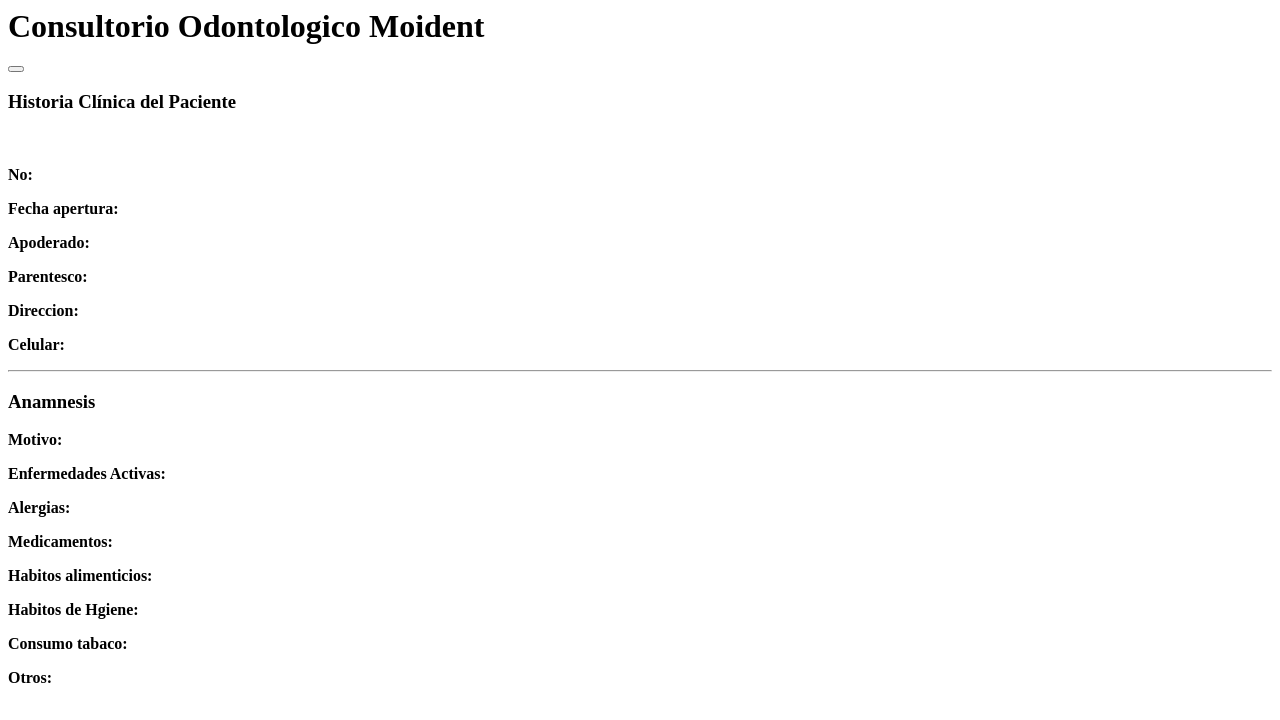
Repository: javix2/Consultorio_Dental
Page: resources/views/historialclinico/ver.blade.php
An editor plug-in stored every save of this project. The page is shown before and after the next save, followed by the edit.
The browser window is 1280 px wide. The pictures show the whole page.
The page is served by the project's Laravel application, run on PHP 8.4 with Laravel 10. The template is opened directly, without the code that normally fills it, so the values that code supplies are empty.

Above is the page before, as saved 2024-10-14 18:03:55.

After the next save:
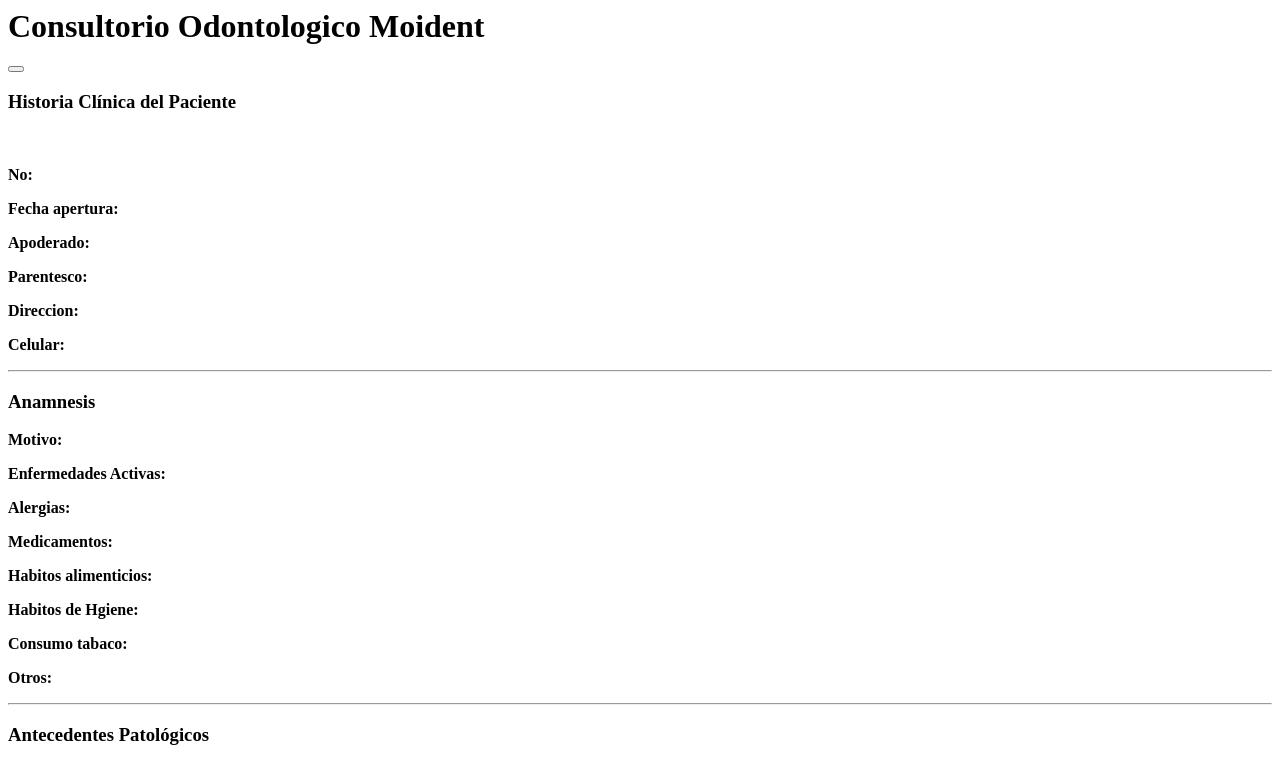
Saved 78 s later.
--- a/resources/views/historialclinico/ver.blade.php
+++ b/resources/views/historialclinico/ver.blade.php
@@ -82,6 +82,10 @@
               </div>
             </div>
             <p><strong>Otros: </strong>{{ $histo->otro }} </p>
+            <hr class="my-3">
+            <div class="form-group row mt-3s">
+              <h3 class="fs-5 text-primary text-center">Antecedentes Patológicos</h3>
+            </div>
 
 
             {{--  <p> <strong>Nombre: </strong>{{ $histo->paciente->nombre }} {{ $histo->paciente->paterno }} {{ $histo->paciente->materno }}</p>
